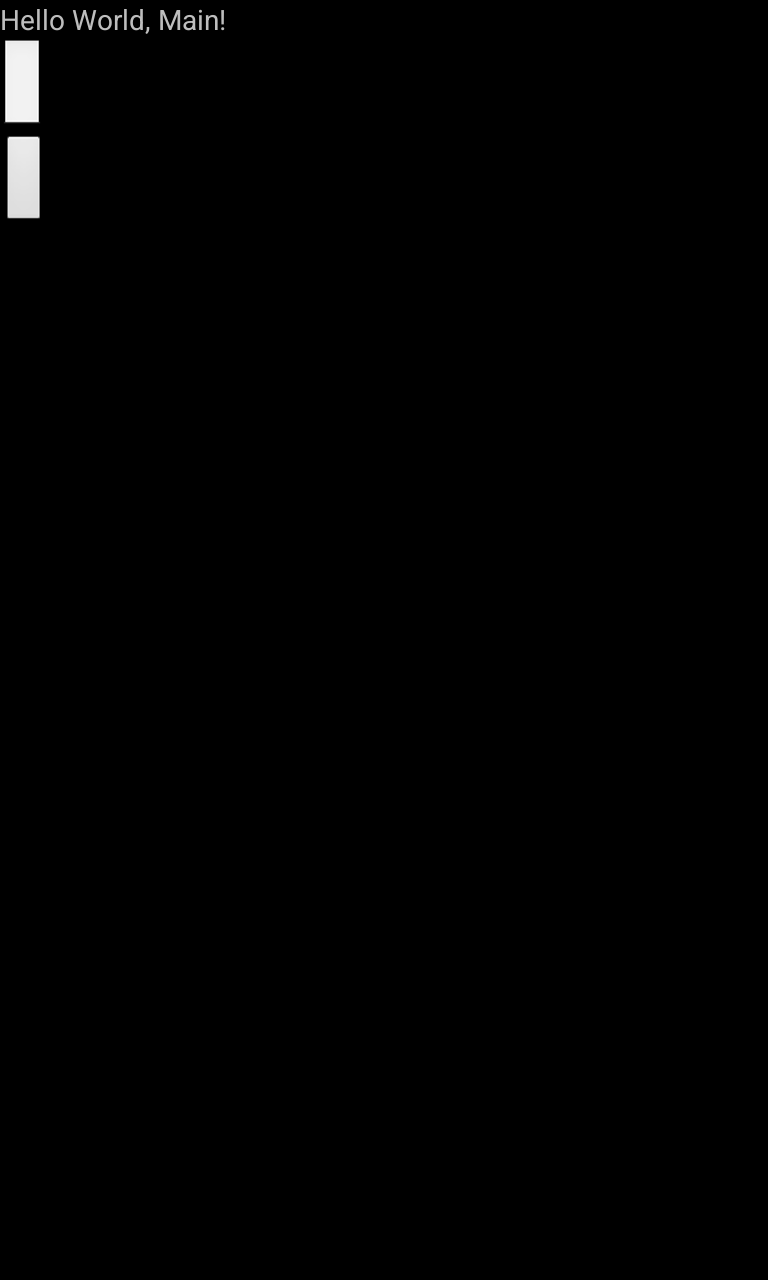
Repository: yoggy7978/yoggyRepo
Layout: android/YogSMS/YogSMS/res/layout/main.xml
These files come from the project's save history. The layout is drawn as it stood at one moment and after the next save; the edit follows.
It is drawn on a 768 x 1280 px phone screen (xhdpi) without system bars, with theme android:Theme; the app's code is not run.

Above is the layout before, as saved 2010-12-10 09:03:09.

After the next save:
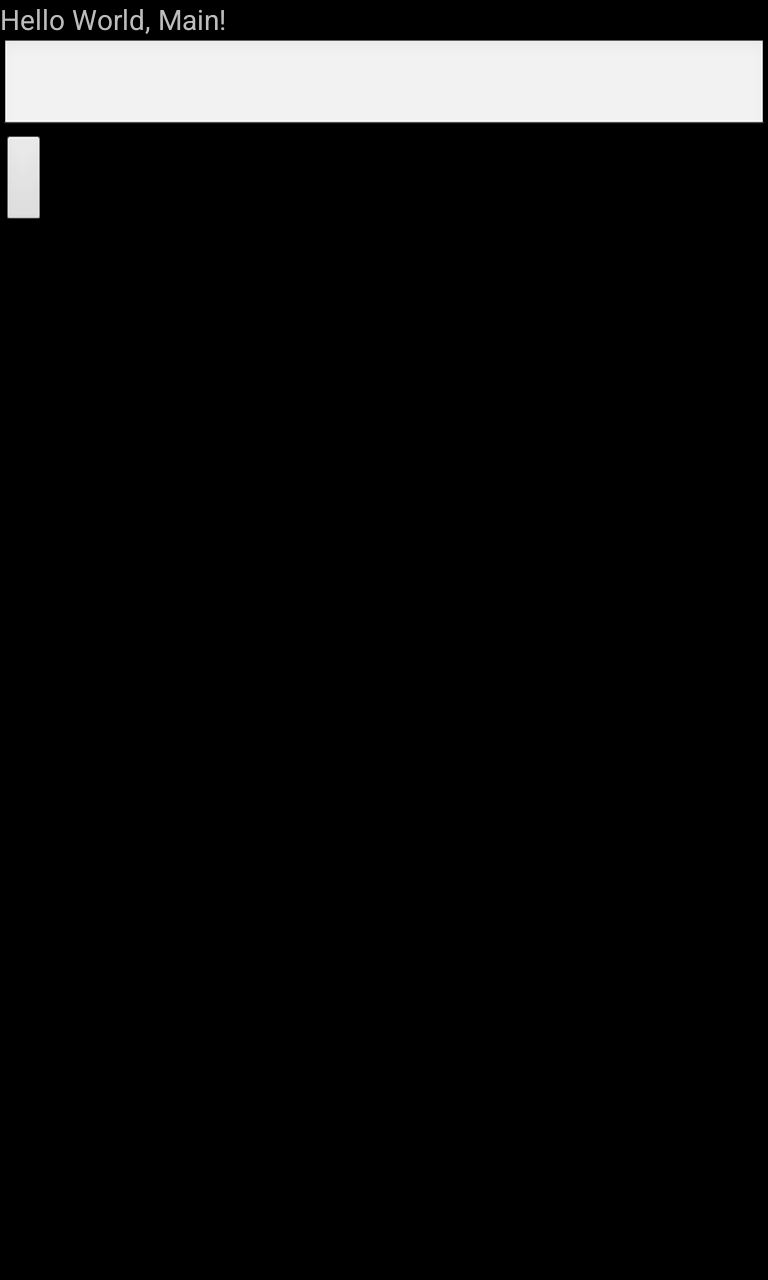
Saved 25 s later.
--- a/android/YogSMS/YogSMS/res/layout/main.xml
+++ b/android/YogSMS/YogSMS/res/layout/main.xml
@@ -9,6 +9,6 @@
     android:layout_height="wrap_content"
     android:text="@string/hello"
     />
-<EditText android:id="@+id/et_message" android:layout_width="wrap_content" android:layout_height="wrap_content"></EditText>
+<EditText android:id="@+id/et_message" android:layout_width="fill_parent" android:layout_height="wrap_content"></EditText>
 <Button android:text="@+id/btn_send" android:id="@+id/btn_send" android:layout_width="wrap_content" android:layout_height="wrap_content"></Button>
 </LinearLayout>
